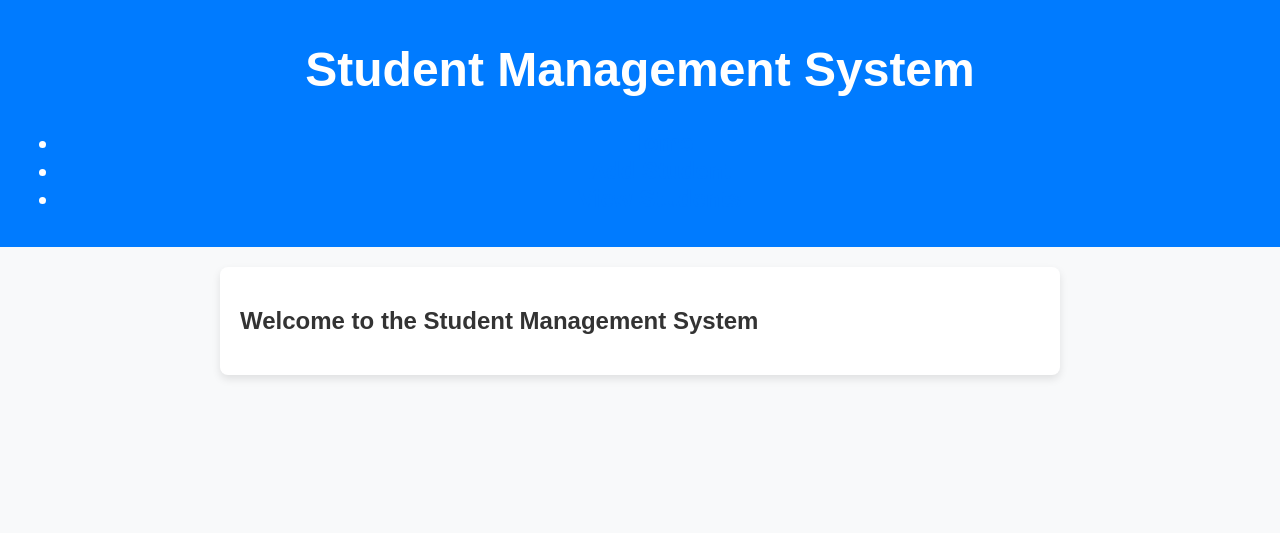
Repository: roohithbala/studentmanagement
Page: demo/src/main/resources/static/index.html
These files come from the project's save history. The page is drawn as it stood at one moment and after the next save; the edit follows.
The browser window is 1280 px wide. The pictures show the whole page.

Above is the page before, as saved 2024-11-24 19:11:00.

### demo/src/main/resources/static/index.html
<!DOCTYPE html>
<html lang="en">
<head>
    <meta charset="UTF-8">
    <meta name="viewport" content="width=device-width, initial-scale=1.0">
    <title>Student Management System</title>
    <link rel="stylesheet" href="styles.css">
</head>
<body>
    <header>
        <div class="header-container">
            <h1>Student Management System</h1>
            <nav>
                <ul>
                    <li><a href="index.html">Home</a></li>
                    <li><a href="add-student.html">Add Student</a></li>
                    <li><a href="view-students.html">View Students</a></li>
                </ul>
            </nav>
        </div>
    </header>
    <main>
        <h2>Welcome to the Student Management System</h2>
    </main>
</body>
</html>

### demo/src/main/resources/static/styles.css
/* General Styles */
body {
    font-family: 'Arial', sans-serif;
    margin: 0;
    padding: 0;
    background-color: #f8f9fa;
    color: #333;
}

header {
    background-color: #007bff;
    color: #fff;
    padding: 10px 20px;
    text-align: center;
    font-size: 24px;
    font-weight: bold;
}

main {
    max-width: 800px;
    margin: 20px auto;
    padding: 20px;
    background: #fff;
    box-shadow: 0 4px 8px rgba(0, 0, 0, 0.1);
    border-radius: 8px;
}

/* Navigation Bar */
nav {
    text-align: center;
    margin: 10px 0;
}

nav a {
    text-decoration: none;
    color: #007bff;
    margin: 0 15px;
    font-weight: bold;
}

nav a:hover {
    text-decoration: underline;
}

/* Form Styles */
form {
    display: flex;
    flex-direction: column;
    gap: 15px;
}

label {
    font-weight: bold;
    margin-bottom: 5px;
}

input[type="text"],
input[type="email"],
input[type="number"],
select {
    width: 100%;
    padding: 10px;
    border: 1px solid #ddd;
    border-radius: 4px;
    font-size: 16px;
}

button {
    padding: 10px 20px;
    font-size: 16px;
    background-color: #007bff;
    color: #fff;
    border: none;
    border-radius: 4px;
    cursor: pointer;
}

button:hover {
    background-color: #0056b3;
}

/* Table Styles */
table {
    width: 100%;
    border-collapse: collapse;
    margin-top: 20px;
}

table th,
table td {
    text-align: left;
    padding: 10px;
    border: 1px solid #ddd;
}

table th {
    background-color: #007bff;
    color: #fff;
    font-weight: bold;
}

table tr:nth-child(even) {
    background-color: #f2f2f2;
}

table tr:hover {
    background-color: #e9ecef;
}

/* Update and Delete Buttons */
.update-button,
.delete-button {
    padding: 5px 10px;
    font-size: 14px;
    border: none;
    border-radius: 4px;
    cursor: pointer;
}

.update-button {
    background-color: #28a745;
    color: #fff;
}

.update-button:hover {
    background-color: #218838;
}

.delete-button {
    background-color: #dc3545;
    color: #fff;
}

.delete-button:hover {
    background-color: #c82333;
}

/* Responsive Design */
@media (max-width: 600px) {
    main {
        padding: 10px;
    }

    nav a {
        margin: 0 5px;
        font-size: 14px;
    }

    table th,
    table td {
        font-size: 14px;
        padding: 8px;
    }

    button {
        font-size: 14px;
        padding: 8px 15px;
    }
}

### demo/src/main/resources/static/script.js
document.getElementById('add-student-form').addEventListener('submit', function (e) {
    e.preventDefault();

    const studentData = {
        rollNumber: document.getElementById('rollNumber').value,
        name: document.getElementById('name').value,
        email: document.getElementById('email').value,
        department: document.getElementById('department').value
    };

    fetch('http://localhost:8080/api/students', {
        method: 'POST',
        headers: {
            'Content-Type': 'application/json',
        },
        body: JSON.stringify(studentData)
    })
    .then(response => response.json())
    .then(data => {
        alert('Student added successfully!');
        document.getElementById('add-student-form').reset();
    })
    .catch(error => {
        alert('Failed to add student. Please try again.');
    });
});

After the next save:
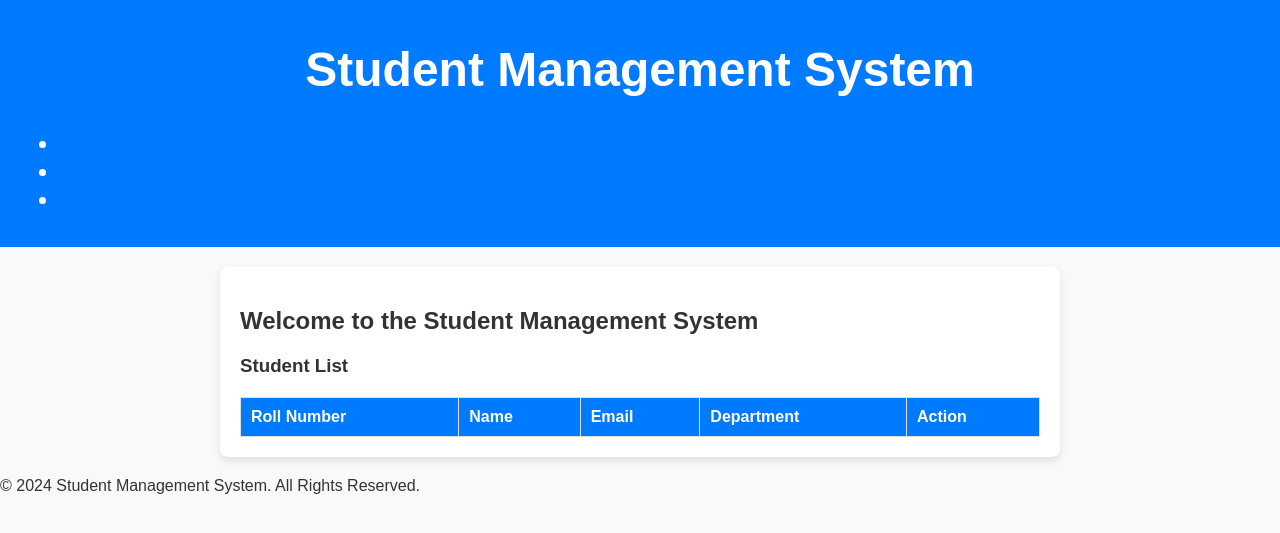
Console error: TypeError: Cannot read properties of null (reading 'addEventListener')
Saved 5 min 0 s later.
--- a/demo/src/main/resources/static/index.html
+++ b/demo/src/main/resources/static/index.html
@@ -12,7 +12,7 @@
             <h1>Student Management System</h1>
             <nav>
                 <ul>
-                    <li><a href="index.html">Home</a></li>
+                    <li><a href="index.html" class="active">Home</a></li>
                     <li><a href="add-student.html">Add Student</a></li>
                     <li><a href="view-students.html">View Students</a></li>
                 </ul>
@@ -21,6 +21,27 @@
     </header>
     <main>
         <h2>Welcome to the Student Management System</h2>
+        <h3>Student List</h3>
+        <table id="student-list">
+            <thead>
+                <tr>
+                    <th>Roll Number</th>
+                    <th>Name</th>
+                    <th>Email</th>
+                    <th>Department</th>
+                    <th>Action</th>
+                </tr>
+            </thead>
+            <tbody>
+                <!-- Students will be listed here dynamically -->
+            </tbody>
+        </table>
     </main>
+    <footer>
+        <div class="footer-container">
+            <p>&copy; 2024 Student Management System. All Rights Reserved.</p>
+        </div>
+    </footer>
+    <script src="script.js"></script>
 </body>
 </html>
